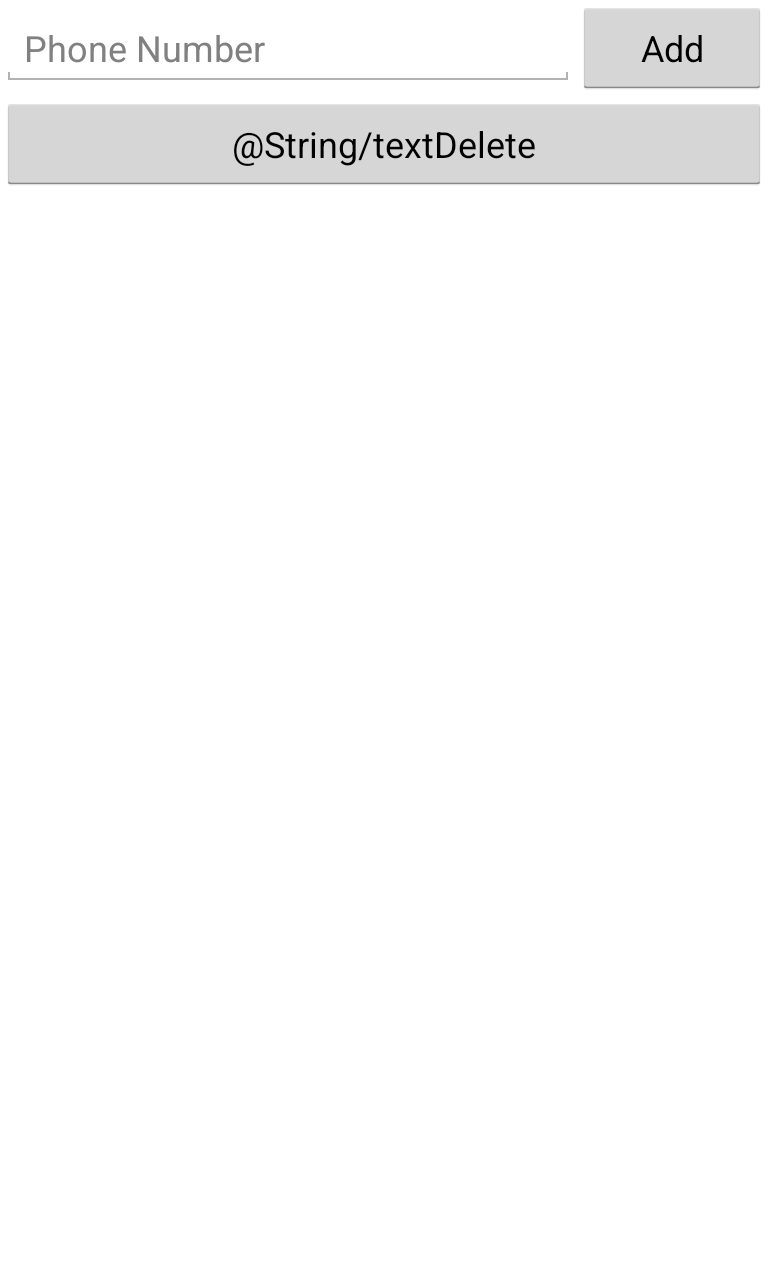
Repository: Liu-D-Henrry/Android
Layout: PhoneBlocker/res/layout/black_list_activity.xml
An editor plug-in stored every save of this project. The layout is shown before and after the next save, followed by the edit.
It is drawn on a 768 x 1280 px phone screen (xhdpi) without system bars, with theme AppTheme; the app's code is not run. Lists and similar views that code fills are empty.

Above is the layout before, as saved 2013-09-12 08:13:03.

After the next save:
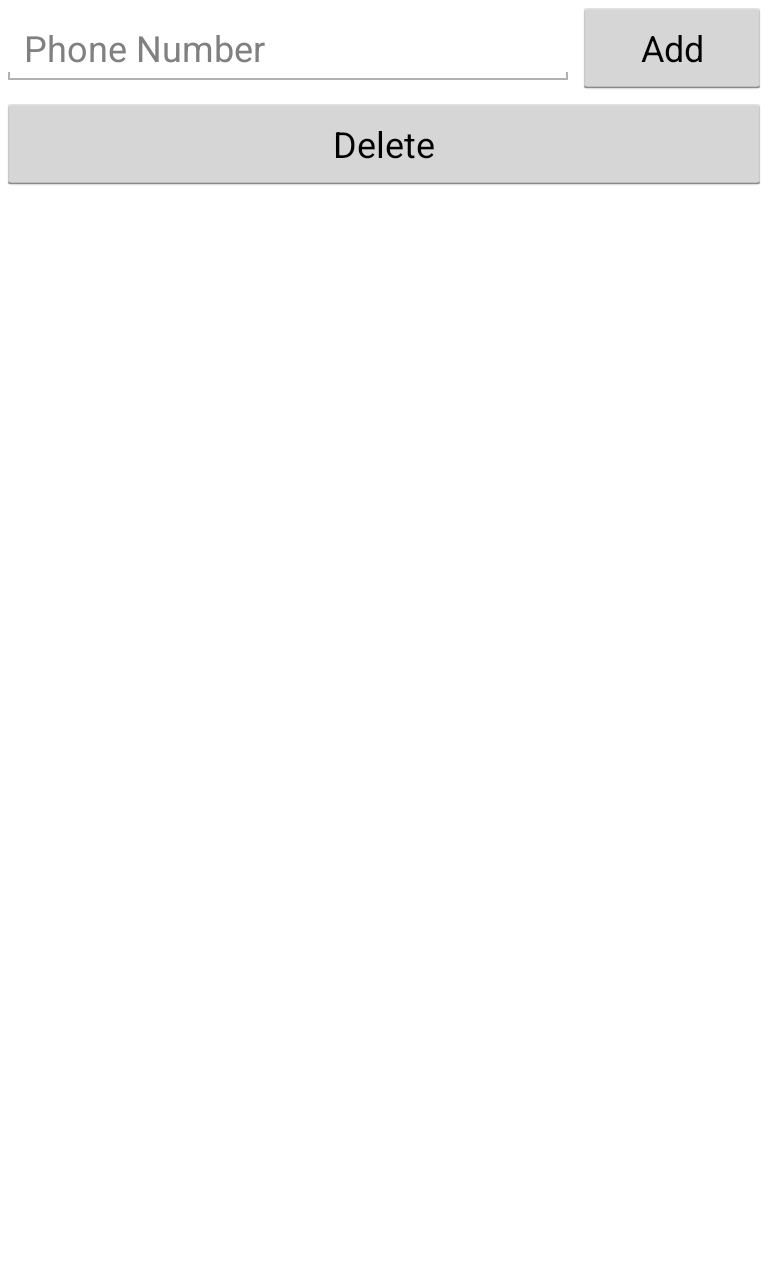
Saved 29 s later.
--- a/PhoneBlocker/res/layout/black_list_activity.xml
+++ b/PhoneBlocker/res/layout/black_list_activity.xml
@@ -34,6 +34,6 @@
         android:id="@+id/delete"
         android:layout_width="match_parent"
         android:layout_height="wrap_content"
-        android:text="@String/textDelete" />
+        android:text="@string/textDelete" />
 
 </LinearLayout>
